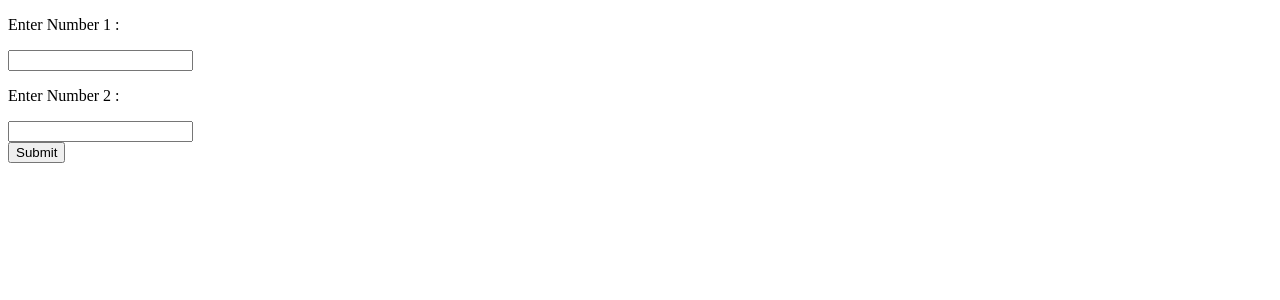
Repository: adityakansara1/JavaContent
Page: Demo/WebContent/index.html
An editor plug-in stored every save of this project. The page is shown before and after the next save, followed by the edit.
The browser window is 1280 px wide. The pictures show the whole page.

Above is the page before, as saved 2020-08-08 16:26:51.

### Demo/WebContent/index.html
<!DOCTYPE html>
<html>
<head>
<meta charset="ISO-8859-1">
<title>Demo</title>
</head>
<body>

	<!--
		<form action="add" method="get">          "Defaultly the method will be 'GET' "
		i
	-->
	<form action="JSPdemo.jsp" method="get">


		<P>Enter Number 1 : </P><input name="num1" type="text"><br>
		<p>Enter Number 2 : </p><input name="num2" type="text"><br>
		<input type="submit">

	</form>

</body>
</html>

After the next save:
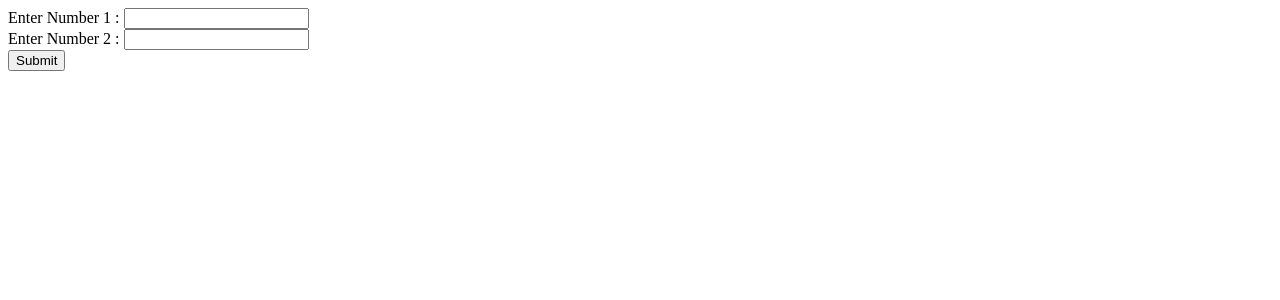
Saved 53 s later.
--- a/Demo/WebContent/index.html
+++ b/Demo/WebContent/index.html
@@ -13,8 +13,8 @@
 	<form action="JSPdemo.jsp" method="get">
 
 
-		<P>Enter Number 1 : </P><input name="num1" type="text"><br>
-		<p>Enter Number 2 : </p><input name="num2" type="text"><br>
+		Enter Number 1 : <input name="num1" type="text"><br>
+		Enter Number 2 : <input name="num2" type="text"><br>
 		<input type="submit">
 
 	</form>
